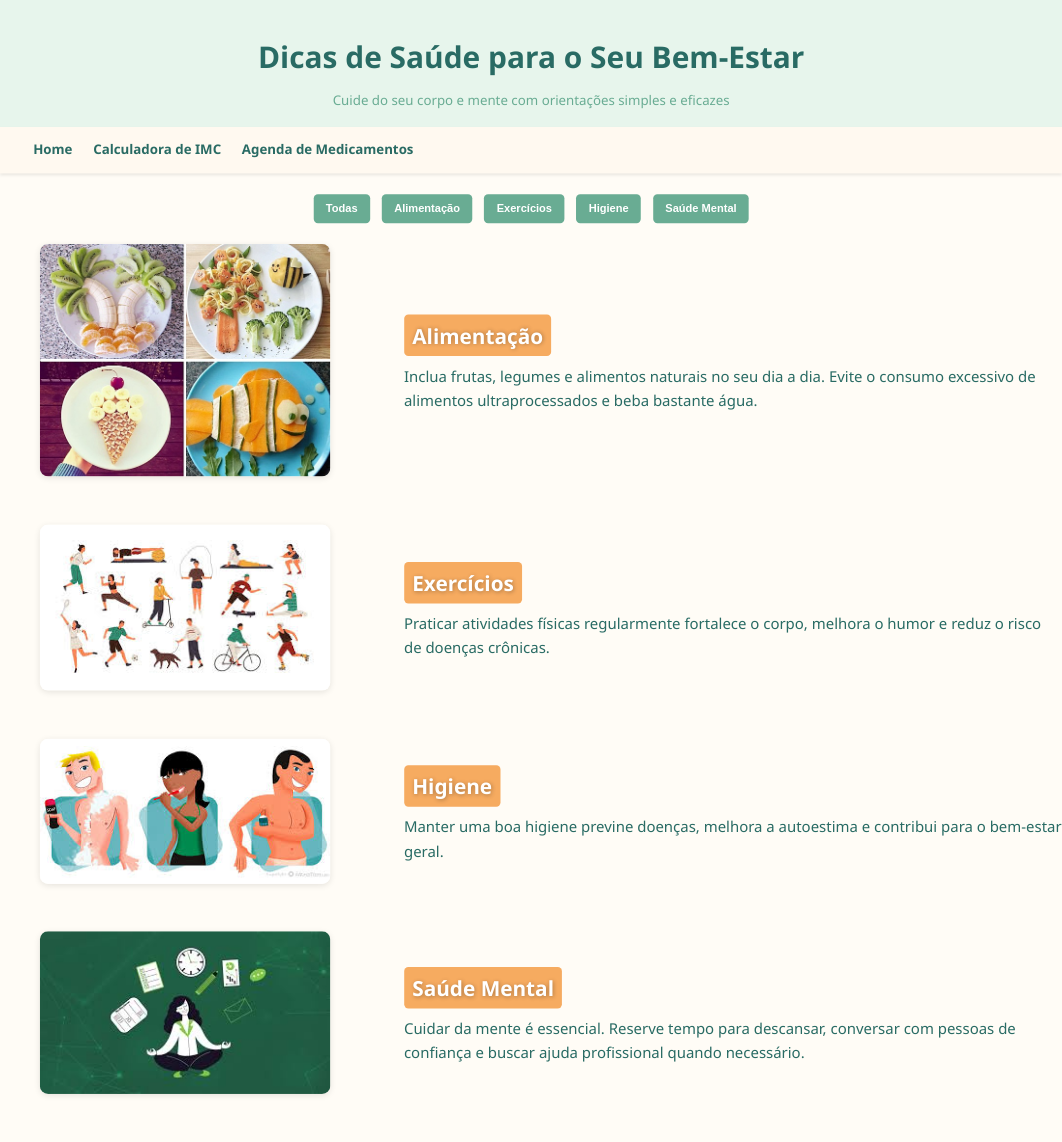
Repository: Cristiane-Sartori14/dicasSaude
Page: index.html
The author's editor kept a copy of each file at every save. The page is drawn from the files as they stood at one save, then again after the next save.
The browser window is 1280 px wide. The pictures show the whole page, at 83% of full size.

Above is the page before, as saved 2025-05-30 21:39:07.

After the next save:
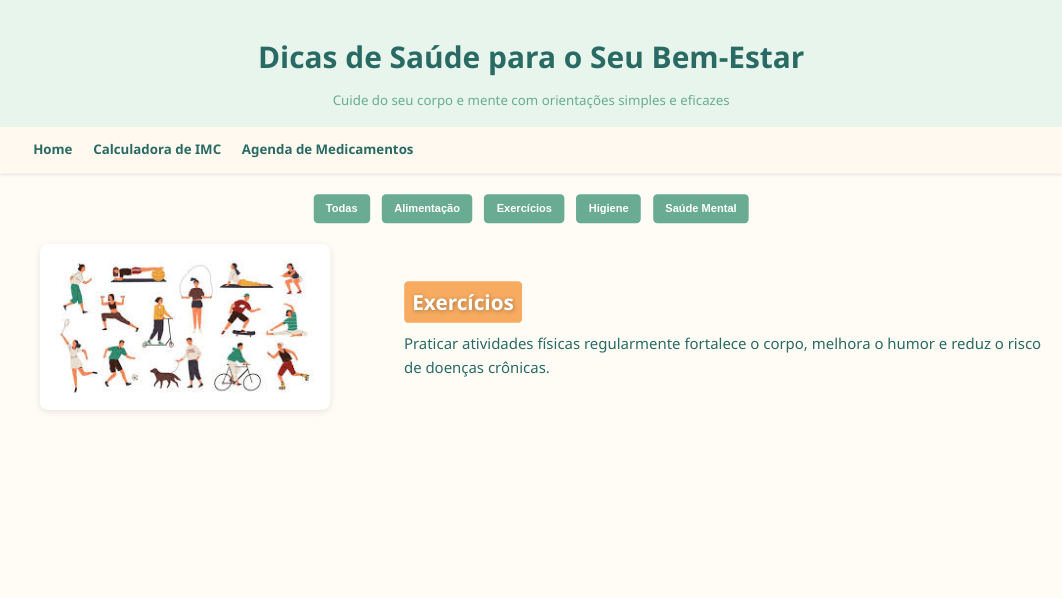
Saved 48 s later.
--- a/script.js
+++ b/script.js
@@ -1,35 +1,21 @@
-// --- Filtro por categoria ---
-function filtrarCategoria(categoria) {
-  const secoes = document.querySelectorAll(".section-saude");
+document.addEventListener('DOMContentLoaded', function() {
+  // Seu código de carrossel aqui
 
-  secoes.forEach((secao) => {
-    const titulo = secao.querySelector("h2").innerText;
-    if (categoria === "todas" || titulo === categoria) {
-      secao.style.display = "flex";
-    } else {
-      secao.style.display = "none";
-    }
-  });
+  let indiceAtual = 0;
+  const secoesCarousel = document.querySelectorAll("#carousel-dicas .section-saude");
 
-  // Parar o carrossel se o usuário usar o filtro
-  clearInterval(intervaloRotacao);
-}
+  function mostrarSecao(index) {
+    secoesCarousel.forEach((secao, i) => {
+      secao.style.display = i === index ? "flex" : "none";
+    });
+  }
 
-// --- Rotação automática ---
-let indiceAtual = 0;
-const secoesCarousel = document.querySelectorAll("#carousel-dicas .section-saude");
+  function proximaSecao() {
+    indiceAtual = (indiceAtual + 1) % secoesCarousel.length;
+    mostrarSecao(indiceAtual);
+  }
 
-function mostrarSecao(index) {
-  secoesCarousel.forEach((secao, i) => {
-    secao.classList.toggle('ativa', i === index);
-  });
-}
+  mostrarSecao(indiceAtual);
+  const intervaloRotacao = setInterval(proximaSecao, 5000);
 
-function proximaSecao() {
-  indiceAtual = (indiceAtual + 1) % secoesCarousel.length;
-  mostrarSecao(indiceAtual);
-}
-
-mostrarSecao(indiceAtual); // Mostra a primeira ao carregar
-
-const intervaloRotacao = setInterval(proximaSecao, 3000); // 3 segundos
+});
